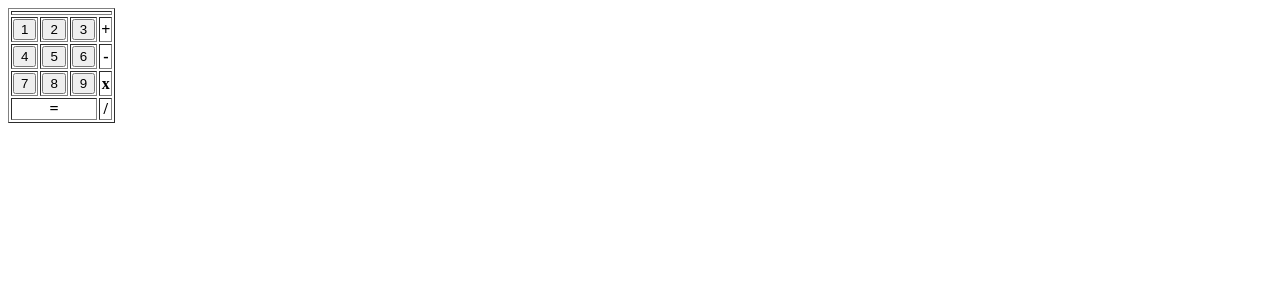
Repository: oUYUo/javaweb_and_javaBaseKnowLedge
Page: http://localhost/computer/
An editor plug-in stored every save of this project. The page is shown before and after the next save, followed by the edit.
The browser window is 1280 px wide. The pictures show the whole page.
The page is served by Tomcat 9.

Above is the page before, as saved 2018-02-27 09:02:39.

After the next save:
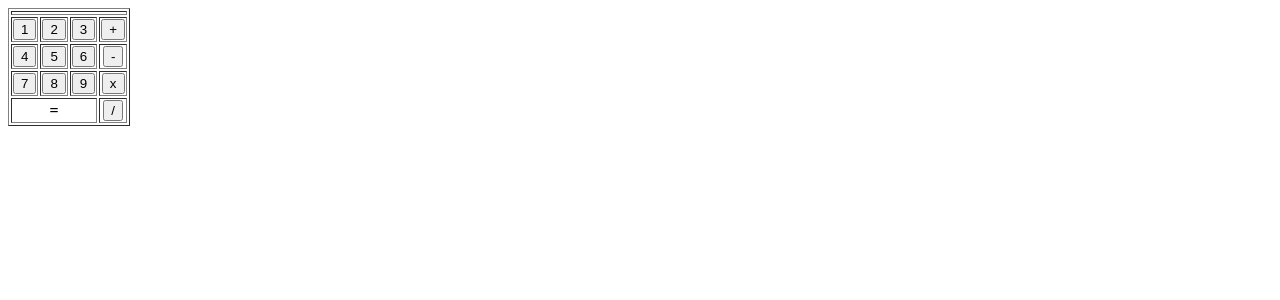
Saved 83 s later.
--- a/computer/WebContent/index.jsp
+++ b/computer/WebContent/index.jsp
@@ -17,23 +17,23 @@
     <th><input type="button" name="1" value="1"></th>
     <th><input type="button" name="2" value="2"></th>
     <th><input type="button" name="3" value="3"></th>
-    <th>+</th>
+ 	<th><input type="button" name="+" value="+"></th>
   </tr>
   <tr>
    <th><input type="button" name="4" value="4"></th>
     <th><input type="button" name="5" value="5"></th>
     <th><input type="button" name="6" value="6"></th>
-    <th>-</th>
+    <th><input type="button" name="-" value="-"></th>
   </tr>
    <tr>
       <th><input type="button" name="7" value="7"></th>
     <th><input type="button" name="8" value="8"></th>
     <th><input type="button" name="9" value="9"></th>
-    <th>x</th>
+    <th><input type="button" name="x" value="x"></th>
   </tr>
   <tr>
   	<th colspan="3">=</th>
-  	<th>/</th>
+  	<th><input type="button" name="/" value="/"></th>
   </tr>
 </table>
 </form>
